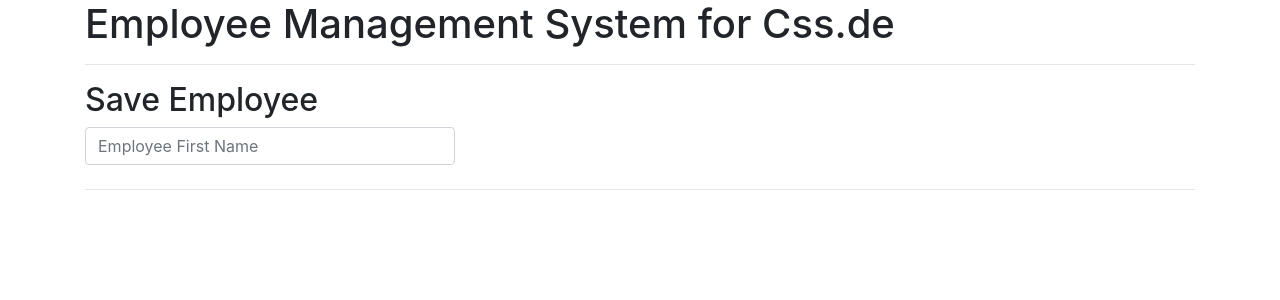
Repository: Len2/Topic4
Page: src/main/resources/templates/newIdCard.html
An editor plug-in stored every save of this project. The page is shown before and after the next save, followed by the edit.
The browser window is 1280 px wide. The pictures show the whole page.

Above is the page before, as saved 2020-09-06 17:11:01.

### src/main/resources/templates/newIdCard.html
<!DOCTYPE html>
<html lang="en" xmlns:th="http://www.thymeleaf.org">
<head>
<meta charset="ISO-8859-1">
<title>Employee Management System for Css.de</title>
<link rel="stylesheet"
	href="https://stackpath.bootstrapcdn.com/bootstrap/4.1.3/css/bootstrap.min.css"
	integrity="sha384-MCw98/SFnGE8fJT3GXwEOngsV7Zt27NXFoaoApmYm81iuXoPkFOJwJ8ERdknLPMO"
	crossorigin="anonymous">
</head>
<body>
	<div class="container">
		<h1>Employee Management System for Css.de</h1>
		<hr>
		<h2>Save Employee</h2>

		<form action="#" th:action="@{/saveIdCard}" th:object="${identity_card}"
            method="POST">

            <!-- <input type="text" th:field="*{id}" /> -->
			<input type="text" th:field="*{lastName}"
				placeholder="Employee First Name" class="form-control mb-4 col-4">

				<!-- <input type="text" th:field="*{lastName}"
				placeholder="Employee Last Name" class="form-control mb-4 col-4">

				<input type="text" th:field="*{email}"
				placeholder="Employee Email" class="form-control mb-4 col-4">
				 -->
				<!-- <button type="submit" class="btn btn-info col-2"> Save Employee</button> -->
		</form>

		<hr>

		<!-- <a th:href = "@{/}"> Back to Employee List</a> -->
	</div>
</body>
</html>

After the next save:
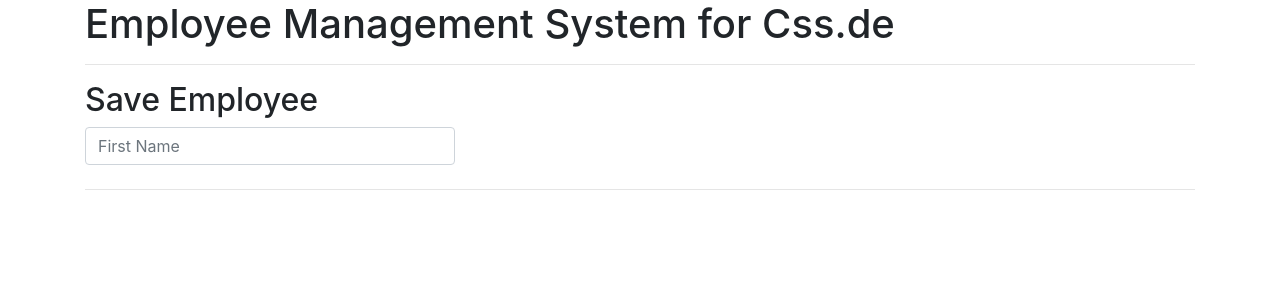
Saved 35 s later.
--- a/src/main/resources/templates/newIdCard.html
+++ b/src/main/resources/templates/newIdCard.html
@@ -19,7 +19,7 @@
 
             <!-- <input type="text" th:field="*{id}" /> -->
 			<input type="text" th:field="*{lastName}"
-				placeholder="Employee First Name" class="form-control mb-4 col-4">
+				placeholder="First Name" class="form-control mb-4 col-4">
 
 				<!-- <input type="text" th:field="*{lastName}"
 				placeholder="Employee Last Name" class="form-control mb-4 col-4">
